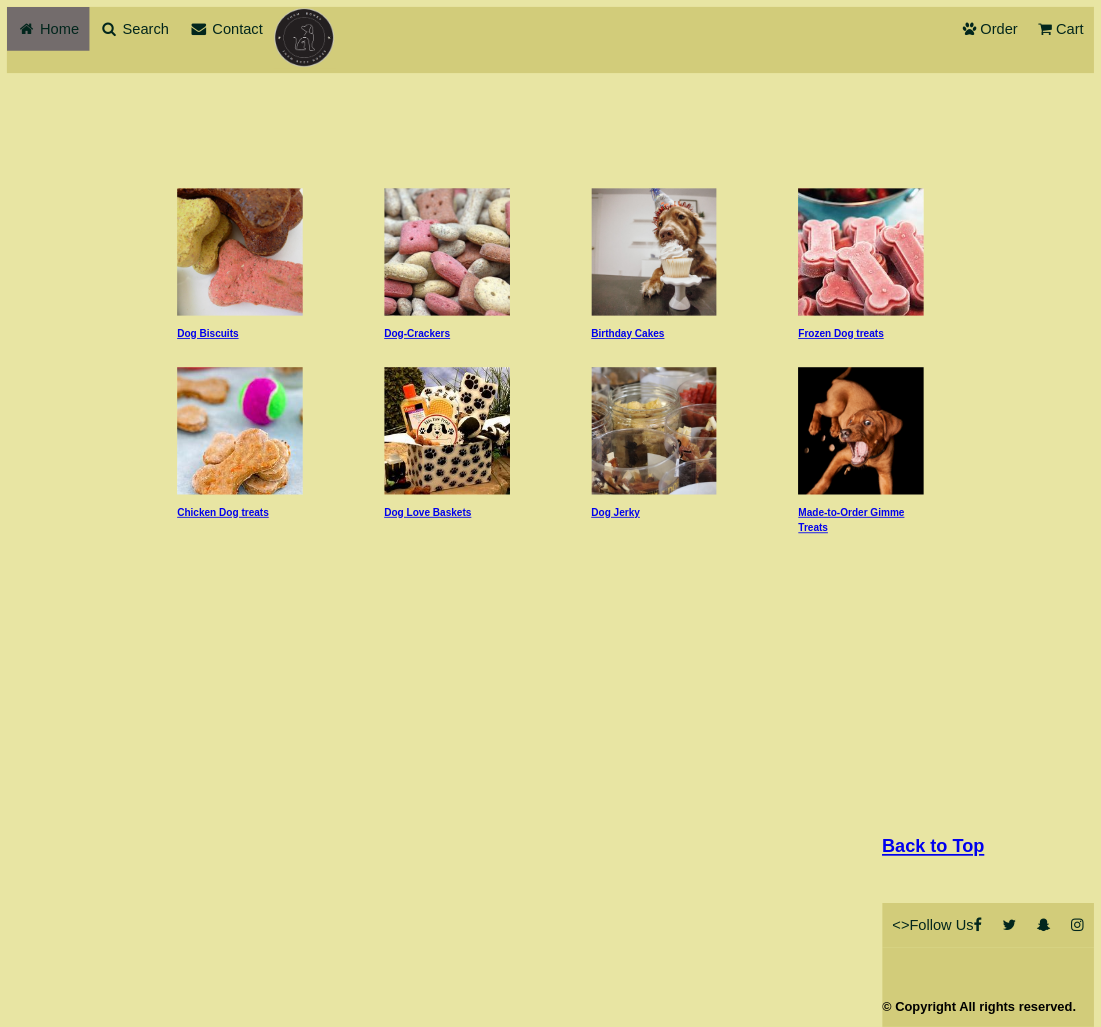
Repository: vgoins-RA2022/HTML-1
Page: index.html
An editor plug-in stored every save of this project. The page is shown before and after the next save, followed by the edit.
The browser window is 1280 px wide. The pictures show the whole page, at 86% of full size.

Above is the page before, as saved 2023-01-21 19:09:02.

### index.html
<!DOCTYPE html>
<html lang="en">

<head>
  <meta charset="UTF-8">
  <meta name="viewport" content="width=device-width, initial-scale=1">
  <link rel="stylesheet" href="https://cdnjs.cloudflare.com/ajax/libs/font-awesome/4.7.0/css/font-awesome.min.css">
  <link rel="stylesheet" href="../HTML-1/src/css/Style.css" type="text/css">
  <title>Simple HTML Assignment 1</title>
</head>

<header>
    <!-- setup top navigator bar. position logo, home and contact navators on the left-->
    <div class="navbar" float: left>
      <img src="src/img/them-bones-logo.png" alt="them-bones-logo" class="logo" >
      <a class="active" href="#"><i class="fa fa-fw fa-home"></i> Home</a>
      <a href="#"><i class="fa fa-fw fa-search"></i> Search</a>
      <a href="#"><i class="fa fa-fw fa-envelope"></i> Contact</a>
      <!-- position order and cart navigators on the right -->
    <div class="right"><a href="#"><i class="fa fa-paw" aria-hidden="true"></i> Order</a>
    <div class="right"><a href="#"><i class="fa fa-shopping-cart" aria-hidden="true"></i> Cart</a>
    </div>
  </header>

<body>
  <div class="container">
     <!-- set of store gallery of self-contained items enclosed in the figure tags  -->
    <div class="gallery">

      <figure class="gallery__item gallery__item--1">
            <img src="src/img/animal-dog- biscuits.jpg" alt="animal-dog-biscuits" class="gallery__img" >
              <h3 class= image-text>
                <h3><a href="#">Dog Biscuits</a></h3>
              </h3>
        </figure>
        <figure class="gallery__item gallery__item--2">
            <img src="src/img/animal-dog- crackers.jpg" alt="animal-dog-crackers" class="gallery__img">
                <h3 class= image-text>
                  <h3><a href="#">Dog-Crackers</a></h3>
                </h3>

        </figure>
        <figure class="gallery__item gallery__item--3">
            <img src="src/img/dog-happy-birthday.jpg" alt="dog-happy-birthday" class="gallery__img">
              <h3 class= image-text></h3>
                <h3><a href="#">Birthday Cakes</a></h3>
               </h3>
        </figure>
        <figure class="gallery__item gallery__item--4">
            <img src="src/img/frozen-dog-treats.jpg" alt="frozen-dog-treats" class="gallery__img">
              <h3 class= image-text>
                 <h3><a href="#">Frozen Dog treats</a></h3>
              </h3>
        </figure>
        <figure class="gallery__item gallery__item--5">
            <img src="src/img/chicken-dog-treat.jpg" alt="chicken-dog-treats" class="gallery__img">
              <h3 class= image-text>
                <h3><a href="#">Chicken Dog treats</a></h3>
              </h3>
        </figure>
        <figure class="gallery__item gallery__item--6">
            <img src="src/img/doggy-love-basket.jpg" alt="doggy-love-basket" class="gallery__img">
            <h3 class= image-text>
            <h3><a href="#">Dog Love Baskets</a></h3>
            </h3>
        </figure>
        <figure class="gallery__item gallery__item--7">
            <img src="src/img/Dog-jerkey.png" alt="dog-jerky" class="gallery__img">
            <h3 class= image-text>
              <a href="#">Dog Jerky</a></h3>
            </h3>
        </figure>
        <figure class="gallery__item gallery__item--8">
          <img src="src/img/gimme-dog treats.jpg" alt="gimme-dog-treats" class="gallery__img">
          <h3 class= image-text>
            <a href="#">Made-to-Order Gimme Treats</a>
          </h3>
        </figure>

      </div>
  </div>

  <a href="#" class="button">
    <div class="right"><span class="label"><h3>Back to Top</h3></span>
  </a>
</body>

<footer>
  <!-- <div> id="footer"</div>  footer id attribute -->

  <!-- setup navigator bar in the footer of copywright and social media icons -->

    <div class="navbar" float: left>
    <!-- <div class="left"> -->

      <a href="#"><>Follow Us</><i class="fa fa-facebook"></i> </a>
      <a href="#"><i class="fa fa-twitter"></i> </a>
      <a href="#"><i class="fa fa-snapchat-ghost"></i> </a>
      <a href="#"><i class="fa fa-instagram"></i> </a>

    </div>
    <div class="navbar" float:right>
        <p class="copyright"> <h2>&copy; Copyright All rights reserved.</h2> </p>
    </div>

  </footer>
</html>

### src/css/Style.css

/* align navigation bar items */
.left-menu {
  grid-column: 1;
}
.right-menu {
  grid-column: -1;
}
/* format logo position, width and height */
.logo {
  grid-column: 3;
  grid-area: logo;
  place-self: center;
  width: 10vh;
  height: 10vh;
  justify-self: center;
  background-color:#d2cc7a;
}

/* style the navigation bar */
.navbar a {
float: left;
padding-top: 70px;
padding: 12px;
color: #02261d;
text-decoration: none;
font-size: 17px;
}
/* set the size of the images */
img {
  width: 400px;
  height: 80px;
}
/* change color of navigation item when cursor hovers */
.navbar a:hover {
background-color: #8e8c8c;
}
.active {
background-color: #736c6c;
}
.left {
  float: left;
}

.right {
  float: right;
 }

.navbar a {
    float: left;
    display: block;
}

.navbar {
    width: 100%;
    background-color: #d2cc7a;
    overflow: auto;
}

.logo img {
    display: inline-block;
    vertical-align: top;
    width: 50px;
    height: 50px;
    margin-right: 20px;
    margin-top: 15px;
}



html {
  box-sizing: border-box;
  font-size: 62.5%;
}

body {
  font-family: "Nunito", sans-serif;
  background-color: rgba(216, 212, 98, 0.585);
  font-weight: 300;
  line-height: 1.6;
}

.container {
  width: 75%;
  margin: 2rem auto;
}

.gallery {
  display: grid;
  grid-template-columns: repeat(8, 1fr);
  grid-template-rows: repeat(8, 5vw);
  grid-gap: 1.5rem;
  row-gap: 40px;
}

.gallery__img {
  width: 100%;
  height: 100%;
  object-fit: cover;
  display: block;
}

.image-txt {
  margin: 3%;
  position: absolute;
  top: 20px;
  left: 50px;
}
/* set length and position of store gallery items */
.gallery__item--1 {
  grid-column: 1 / span 2;
  grid-row: 2 / span 2;
}
.gallery__item--2 {
  grid-column: 3 / span 2;
  grid-row: 2 / span 2;
}
.gallery__item--3 {
  grid-column: 5 / span 2;
  grid-row: 2 / span 2;
}
.gallery__item--4 {
  grid-column: 7 / span 2;
  grid-row: 2 / span 2;
}
.gallery__item--5 {
  grid-column: 1 / span 2;
  grid-row: 4 / span 2;
}
.gallery__item--6 {
  grid-column: 3 / span 2;
  grid-row: 4 / span 2;
}
.gallery__item--7 {
  grid-column: 5 / span 2;
  grid-row: 4 / span 2;
}
.gallery__item--8 {
  grid-column: 7 / span 2;
  grid-row: 4 / span 2;
}
/* Style the button */
.button {
  outline: none;
  padding: 10px 16px;

  cursor: pointer;
  font-size: 18px;
}


.button:hover {
  background-color: #ddd;
}

.button.active {
  background-color: #666;
  color: white;
}

.footer {
  background: #061D25;
  padding: 10px 0;
}
.footer a {
  color: #70726F;
  font-size: 20px;
  padding: 10px;
  border-right: 1px solid #70726F;
  transition: all .5s ease;
}
.flex-container {
  display: flex;
  background: #d2cc7a;
}

.copyright{
  text-align: center;
  padding-top: 24px;
  font-weight: 500;
  opacity: 0.8;
  font-size: 16px;
}
@media (max-width: 767px) {

    .h6{
      margin: 0 auto;
      text-align: center;
      margin-top: 10px;
      margin-bottom: 10px;
    }
    .ul{
      text-align: center;
    }
    .social{
        width: 100%;
        margin: 0 auto;
        text-align: center;
        padding: 40px;
        padding-bottom: 0px;
        border-top: 1px solid #eee;
        margin-top: 50px;
    }

  }

After the next save:
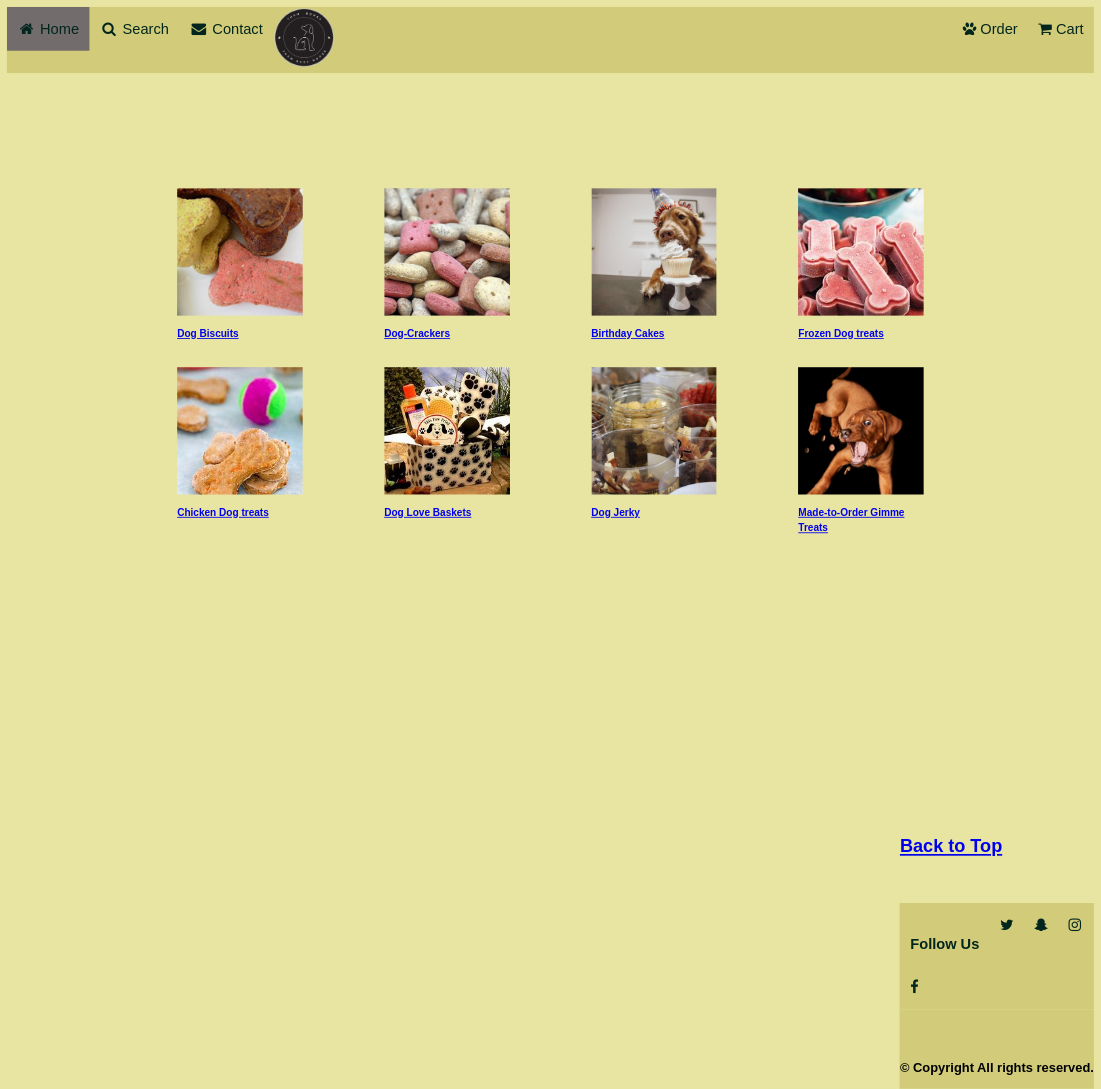
Saved 6 s later.
--- a/index.html
+++ b/index.html
@@ -93,7 +93,7 @@
     <div class="navbar" float: left>
     <!-- <div class="left"> -->
 
-      <a href="#"><>Follow Us</><i class="fa fa-facebook"></i> </a>
+      <a href="#"><h4>Follow Us</h4><i class="fa fa-facebook"></i> </a>
       <a href="#"><i class="fa fa-twitter"></i> </a>
       <a href="#"><i class="fa fa-snapchat-ghost"></i> </a>
       <a href="#"><i class="fa fa-instagram"></i> </a>
